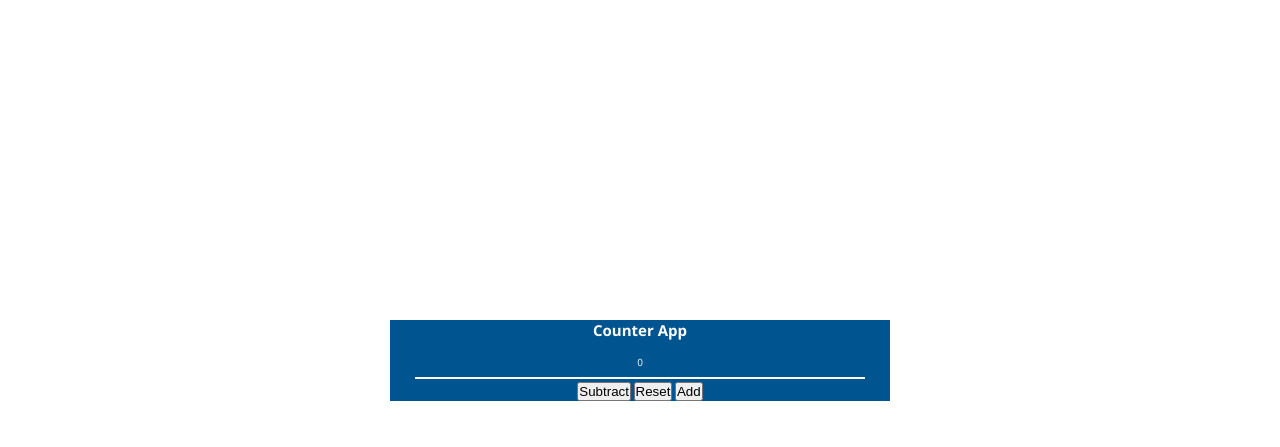
Repository: fakebrianho/100daysJS
Page: day001/index.html
An editor plug-in stored every save of this project. The page is shown before and after the next save, followed by the edit.
The browser window is 1280 px wide. The pictures show the whole page.
Some web libraries are served in a nearby version.

Above is the page before, as saved 2023-03-21 15:09:33.

After the next save:
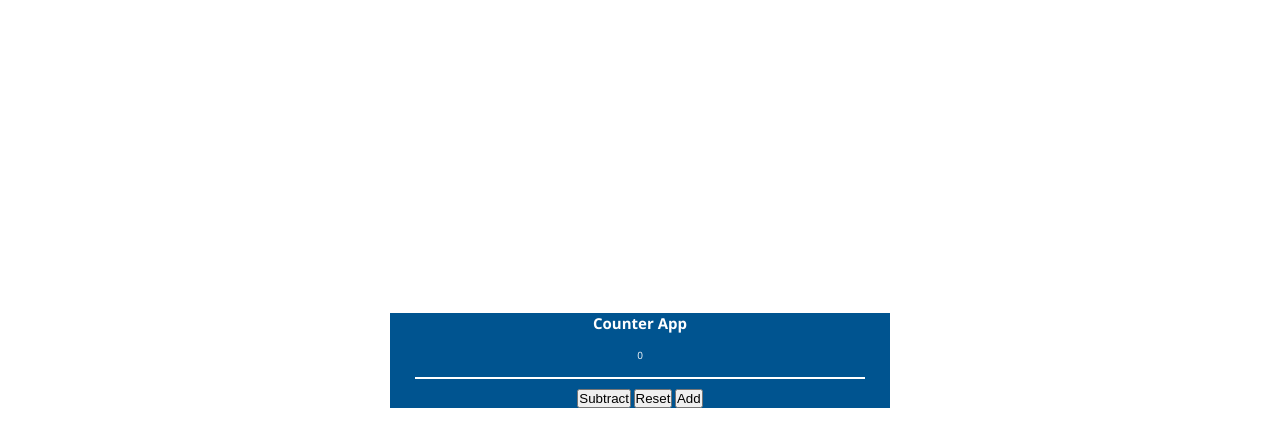
Saved 21 s later.
--- a/day001/styles.css
+++ b/day001/styles.css
@@ -65,6 +65,7 @@ img {
 	height: 2px;
 	width: 90%;
 	/* padding: 2px 0px; */
-	margin: 3px;
+	/* margin: 3px; */
+	margin: 10px 3px;
 	background-color: white;
 }
